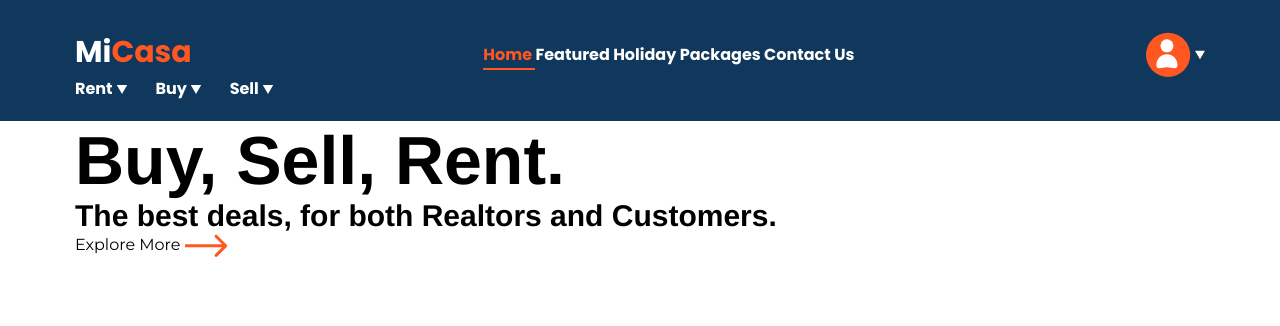
Repository: BenUnyolo/micasa-frontend
Page: index.html
The author's editor kept a copy of each file at every save. The page is drawn from the files as they stood at one save, then again after the next save.
The browser window is 1280 px wide. The pictures show the whole page.

Above is the page before, as saved 2021-10-15 20:18:34.

After the next save:
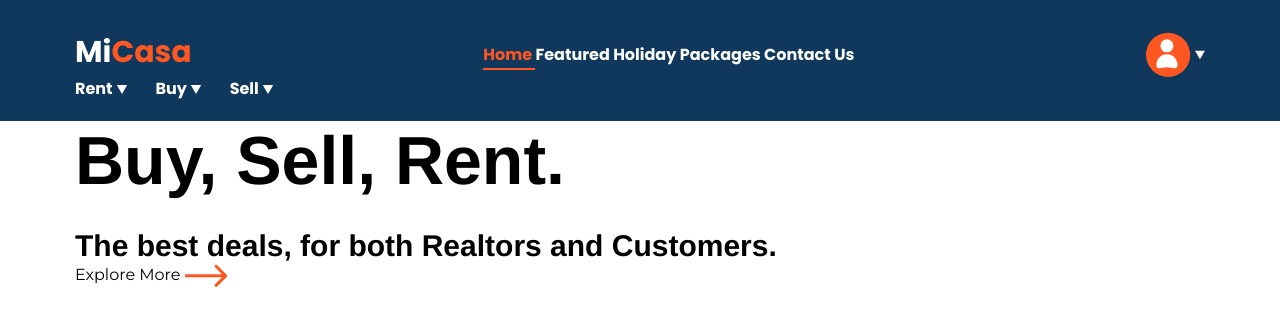
Saved 3 s later.
--- a/index.html
+++ b/index.html
@@ -102,7 +102,9 @@
       <div class="inner-container flex pt-44">
         <div class="w-6/12">
           <h1>Buy, Sell, Rent.</h1>
-          <h2>The best deals, for both Realtors and Customers.</h2>
+          <h2 class="mt-7.5">
+            The best deals, for both Realtors and Customers.
+          </h2>
           <a href="#"
             >Explore More
             <svg
